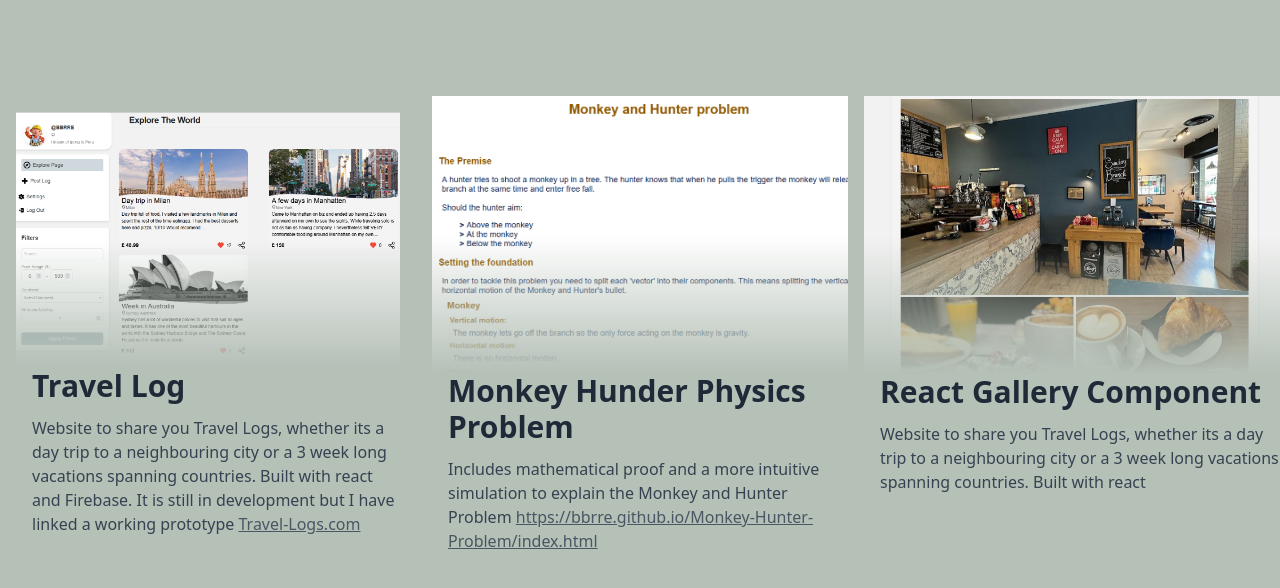
Repository: BBRRE/Portfolio-V2
Page: /#/Computer-Sci
An editor plug-in stored every save of this project. The page is shown before and after the next save, followed by the edit.
The browser window is 1280 px wide. The pictures show the whole page.
Some web fonts or font styles are not loaded; a fallback is used. The project was rebuilt for these pictures with package versions that can differ from the ones it lists, and the page was loaded fresh each time. Also part of the build but not shown: vite.config.js, src/Subjects/Archi.jsx, src/Subjects/EEng.jsx, src/Subjects/Other.jsx, src/Projects Overview.jsx, src/HomePage.jsx, src/ErrorBoundary.jsx.

Above is the page before, as saved 2024-11-29 09:19:15.

After the next save:
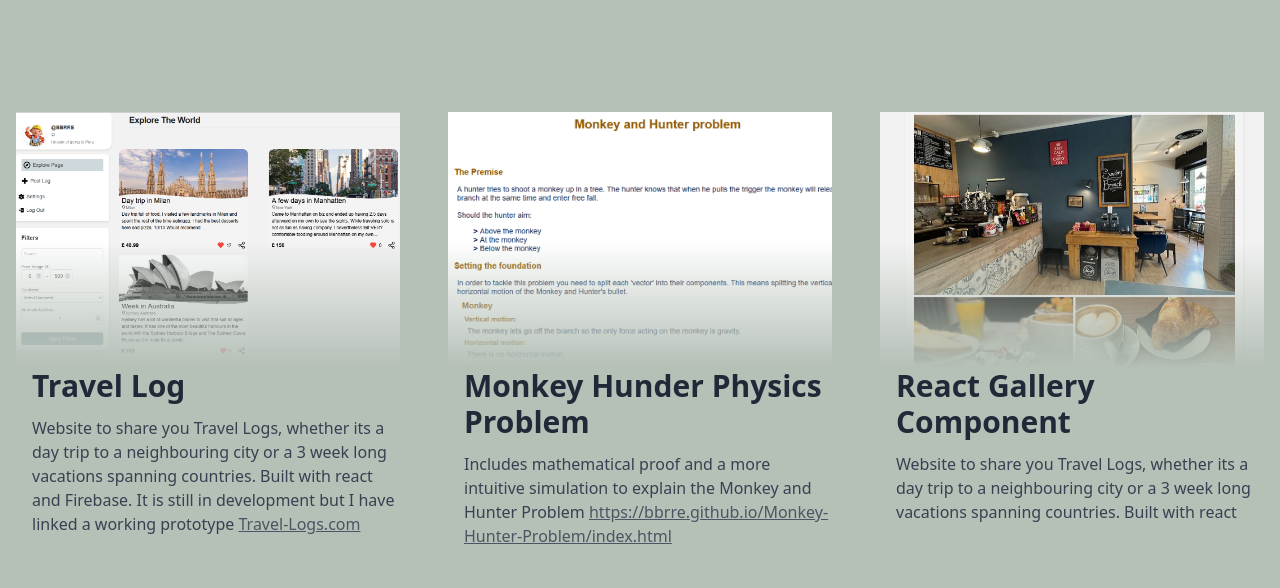
Saved 21 s later.
--- a/src/Subjects/CompSci.jsx
+++ b/src/Subjects/CompSci.jsx
@@ -19,7 +19,7 @@ const CompSci = () => {
         </div>
       </div>
 
-      <div className='flex flex-col mx-auto mt-24'>
+      <div className='flex flex-col mx-auto p-4 mt-24'>
         <img src={ph} style={{ WebkitMaskImage: 'linear-gradient(to top, transparent 0%, black 50%)' }} />
         <div className=" flex flex-col ml-4 gap-3 justify-center">
           <h2 className=" text-left text-xl md:text-2xl lg:text-3xl font-semibold text-gray-800">
@@ -30,7 +30,7 @@ const CompSci = () => {
         </div>
       </div>
 
-      <div className='flex flex-col mx-auto mt-24'>
+      <div className='flex flex-col mx-auto p-4 mt-24'>
         <img src={tr} style={{ WebkitMaskImage: 'linear-gradient(to top, transparent 0%, black 50%)' }} />
         <div className=" flex flex-col ml-4 gap-3 justify-center">
           <h2 className=" text-left text-xl md:text-2xl lg:text-3xl font-semibold text-gray-800">
